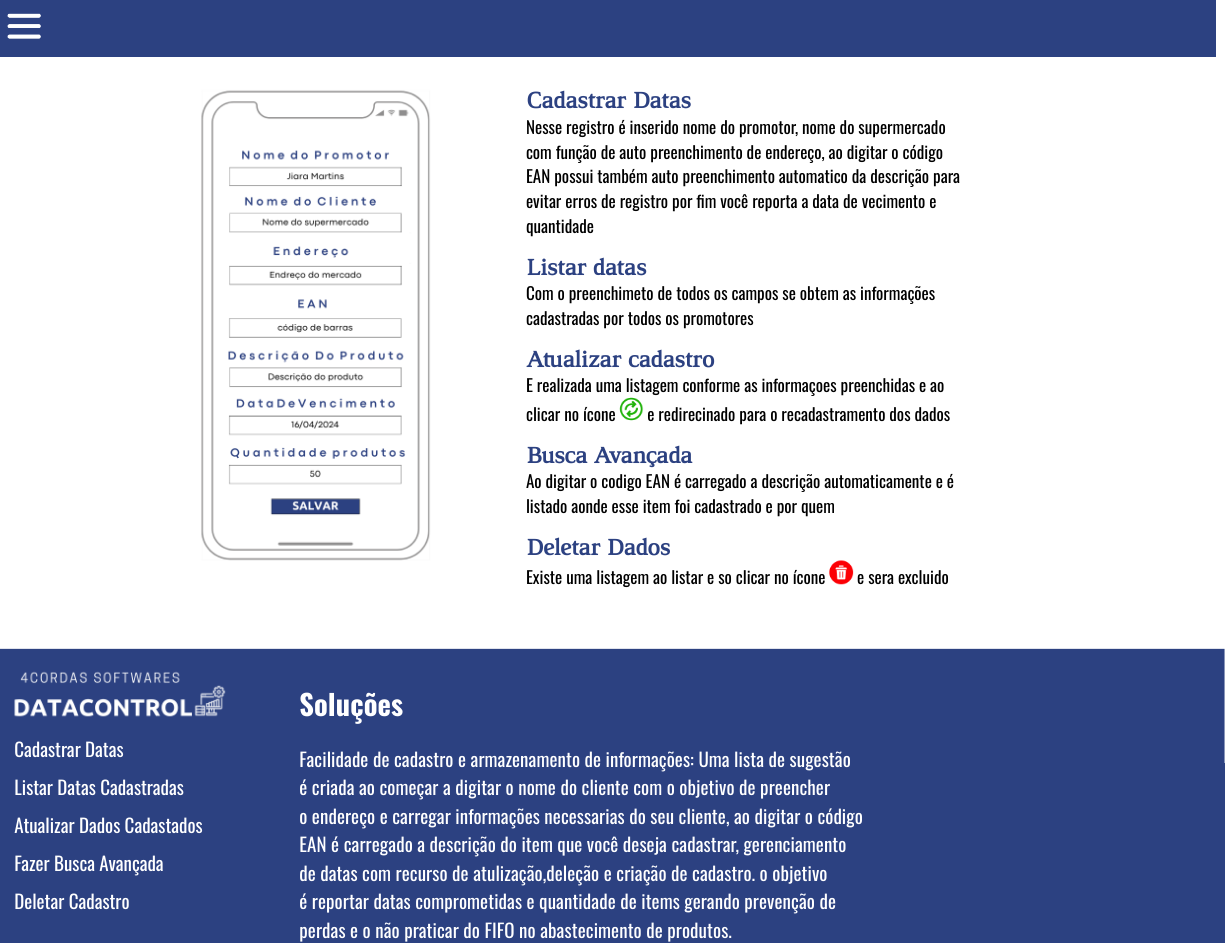
Repository: alfredo-allan/ControleDeDatasFrontEnd
Page: index.html
An editor plug-in stored every save of this project. The page is shown before and after a run of saves, followed by the edit.
The browser window is 1280 px wide. The page is 1289 px wide, so the pictures cover 1289 px, including what lies to the right of the window. The pictures show the whole page, at 95% of full size.

Above is the page before, as saved 2024-04-30 14:58:55.
Console error: TypeError: Cannot read properties of null (reading 'addEventListener')

### index.html
<!DOCTYPE html>
<html lang="pt-BR">
  <head>
    <meta charset="UTF-8" />
    <meta name="viewport" content="width=device-width, initial-scale=1.0" />
    <link rel="stylesheet" href="./style/style.css" />
    <link rel="preconnect" href="https://fonts.googleapis.com" />
    <link rel="preconnect" href="https://fonts.gstatic.com" crossorigin />
    <link
      href="https://fonts.googleapis.com/css2?family=Oswald:wght@200..700&display=swap"
      rel="stylesheet"
    />
    <title>Controle de Datas</title>
  </head>
  <body>
    <div class="header">
      <div id="menu-icon">
        <img id="icon-menu" src="./images/barra-de-menu.png" alt="" />
      </div>
      <div id="titulo">
        <!-- <h1>Controle De Datas</h1> -->
      </div>
      <div id="menu-options">
        <ul>
          <!-- <img id="usuario" src="./images/usuario-exemplo.jpg" alt="" /> -->
          <a href="pages/cadastro.html"><li>Cadastrar Datas</li></a>
          <a href="pages/listagem.html"><li>Listar Datas</li></a>
          <a href="pages/atualizar.html"><li>Atualizar Cadastro</li></a>
          <a href="pages/buscaavancada.html"><li>Busca Avançada</li></a>
          <a href="pages/deletar.html"><li>Deletar Dados</li></a>
        </ul>
      </div>
    </div>
    <img id="instrucao" src="./images/CadastrarDatas.png" alt="">
    <div class="coluna">
    <ul>
      <span>Cadastrar Datas</span>
      <li>Nesse registro é inserido nome do promotor, nome do supermercado com função de auto preenchimento de endereço, ao digitar o código EAN possui também auto preenchimento automatico da descrição para evitar erros de registro por fim você reporta a data de vecimento e quantidade</li>
      <span>Listar datas</span>
      <li>Com o preenchimeto de todos os campos se  obtem as informações cadastradas por todos os promotores</li>
      <span>Atualizar cadastro</span>
      <li>E realizada uma listagem conforme as informaçoes preenchidas e ao clicar no ícone <img src="./images/repetir.png" alt=""> e redirecinado para o recadastramento dos dados</li>
      <span>Busca Avançada</span>
      <li>Ao digitar o codigo EAN é carregado a descrição automaticamente e é listado aonde esse item foi cadastrado e por quem</li>
      <span>Deletar Dados</span>
      <li>Existe uma listagem ao listar e so clicar no ícone <img src="./images/excluir.png" alt=""> e sera excluido</li>
    </ul>
    </div>
    </div>
    <div class="footer">
      <div id="mapa" class="col-sm-6">
        <img id="tootext" src="./images/data.png" alt="" />
        <ul id="mapadosite">
          <a href="./pages/cadastro.html"><li>Cadastrar Datas</li></a>
          <a href="./pages/listagem.html"><li>Listar Datas Cadastradas</li></a>
          <a href="./pages/atualizar.html"
            ><li>Atualizar Dados Cadastados</li></a
          >
          <a href="./pages/buscaavancada.html"><li>Fazer Busca Avançada</li></a>
          <a href="./pages/deletar.html"><li>Deletar Cadastro</li></a>
        </ul>
      </div>
      <div id="solucao" class="col-sm-6">
        <span>Soluções</span>
        <p>
          Facilidade de cadastro e armazenamento de informações: Uma lista de
          sugestão <br />
          é criada ao começar a digitar o nome do cliente com o objetivo de
          preencher <br />
          o endereço e carregar informações necessarias do seu cliente, ao
          digitar o código <br />
          EAN é carregado a descrição do item que você deseja cadastrar,
          gerenciamento <br />
          de datas com recurso de atulização,deleção e criação de cadastro. o
          objetivo <br />
          é reportar datas comprometidas e quantidade de items gerando prevenção
          de <br />
          perdas e o não praticar do FIFO no abastecimento de produtos.
        </p>
      </div>
    </div>
  </body>
  <script src="./js/script.js"></script>
</html>

### style/style.css
:root {
  --cor-azul: rgb(44, 65, 129);
  --oswald-font: "Oswald", sans-serif;
  --luthier-font: "Luthier";
}

body {
  font-family: var(--oswald-font);
}

@font-face {
  font-family: "Luthier";
  src: url("../fonts/LuthierFF/Luthier-Regular.ttf") format("truetype");
  /* Adicione mais formatos (e.g. woff, woff2) conforme necessário */
}

#titulo h1 {
  font-family: var(--luthier-font);
  letter-spacing: 3px;
  font-weight: 900;
  color: white;
  margin-top: -30px;
  margin-left: 55px;
}

.column {
  display: flex;
  flex-direction: column;
  align-items: center;
  padding: 10px 20px 15px 15px;
  border: 1px solid #ccc;
  border-radius: 5px;
  width: 300px;
  margin: 0 auto;
  span {
    font-weight: 900;
    font-family: var(--luthier-font);
    letter-spacing: 3px;
    margin-bottom: 10px;
    color: var(--cor-azul);
  }
}

#logo img {
  margin-top: 200px;
  width: 250px;
  margin-left: 50px;
}

#logo {
  h1 {
    text-align: center;
    text-wrap: nowrap;
    font-size: 25px;
    font-family: var(--oswald-font);
    font-weight: 900;
    letter-spacing: 2px;
    color: var(--cor-azul);
  }
}

#form {
  margin-top: 80px;
}

input {
  margin-bottom: 5px;
  padding: 5px;
  width: 100%;
  box-sizing: border-box;
  font-weight: 600;
  margin-bottom: 10px;
}

input::placeholder {
  text-align: center;
  color: gray;
  font-family: var(--oswald-font);
  font-weight: 400;
}

input:focus {
  outline-color: var(--cor-azul); /* Altere a cor aqui */
}

.header {
  position: fixed;
  top: 0;
  left: 0;
  width: 100%;
  height: 60px;
  background-color: var(--cor-azul);
}

#icon-menu {
  width: 35px;
  margin-top: 10px;
  z-index: 1;
  margin-left: 8px;
  cursor: pointer;
}

#menu-options ul {
  list-style: none;
  padding: 0;
  margin-left: 5px;
  font-size: 20px;
  font-weight: 500;
  text-wrap: nowrap;
  font-family: var(--oswald-font);
  z-index: 999;
}

#menu-options ul li {
  padding: 10px;
  letter-spacing: 2px;
  cursor: pointer;
  z-index: 999;
}

a {
  text-decoration: none; /* Remove sublinhado */
  color: inherit; /* Mantém a cor padrão do texto */
  /* Adicione quaisquer outros estilos desejados para o link */
}

#menu-options {
  display: none;
  position: absolute;
  top: 0;
  left: 0;
  margin-top: 60px;
  width: 55%;
  height: 41vh;
  border-bottom-right-radius: 15px;
  background-color: var(--cor-azul);
  color: white;
  font-family: var(--oswald-font);
  font-weight: 900;
  z-index: 999;
}

button {
  text-align: center;
  width: 110px;
  height: 30px;
  padding: 6px 30px;
  background-color: rgba(44, 65, 129, 0.897);
  border-radius: 5px;
  color: white;
  border: none;
  border-radius: 5px;
  cursor: pointer;
  font-family: var(--oswald-font);
}

button:focus {
  outline: 2px solid var(--cor-azul);
}

.footer {
  width: 102%;
  position: relative;
  margin-top: 5%;
  margin-left: -8px;
  margin-bottom: -20px;
  background-color: var(--cor-azul);
}

.footer img {
  width: 300px;
  height: 60px;
  margin-top: 2px;
  cursor: pointer;
  margin-left: 10px;
}

#autocomplete-list-id {
  background-color: #f1f1f1;
  border: 1px solid #d4d4d4;
  color: var(--cor-azul);
  border-top: none;
  max-height: 200px;
  overflow-y: auto;
  position: absolute;
  /* z-index: 999; */
  margin-top: -10px;
  margin-left: 60px;
}

.autocomplete-items div {
  padding: 10px;
  cursor: pointer;
  background-color: #fff;
  border-bottom: 1px solid #d4d4d4;
}

.autocomplete-items div:hover {
  background-color: #e9e9e9;
}

.autocomplete-items div strong {
  font-weight: bold;
}

#data-list {
  margin: 0 auto;
  left: 50%;
  transform: translateX(-50%);
  margin: 0 auto;
  left: 50%;
  top: 60%;
  transform: translate(-50%, -50%);
  /* border: 1px solid var(--cor-azul); */
  color: var(--cor-azul);
  border-radius: 5px;
  max-height: 330px;
  overflow-y: auto;
  position: absolute;
  z-index: -1;
  margin-top: 110px;
  margin-left: 0px;
  width: 336px;
  list-style: none;
  .name {
    font-family: var(--oswald-font);
    font-weight: 900;
    font-size: 17px;
  }
  .item {
    font-family: var(--oswald-font);
    font-weight: 500;
    font-size: 15;
    color: rgb(0, 0, 0);
  }
}

/* #promotor {
  line-height: 60px;
} */

#data-list {
  /* Estilos do elemento #data-list */
  /* Defina outras propriedades conforme necessário */

  scrollbar-color: var(--cor-azul) var(--cor-azul); /* Cor da barra de rolagem e do fundo da barra */
}

#data-list::-webkit-scrollbar {
  width: 10px; /* Largura da barra de rolagem */
}

#data-list::-webkit-scrollbar-thumb {
  background-color: white; /* Cor da barra de rolagem */
  border-radius: 5px; /* Raio de borda da barra de rolagem */
}

#texto-descritivo {
  text-align: justify;
  margin-top: 200px;
  position: fixed;
  font-family: var(--luthier-font);
  letter-spacing: 3px;
  line-height: 2;
  margin-right: 8px;
  font-weight: 900;
  color: var(--cor-azul);
}

#del {
  width: 25px;
  margin: -4px;
  margin-left: 20px;
}

#atualizar {
  width: 25px;
  margin: -5px;
  margin-left: 20px;
}

.video {
  width: 100%;
  height: 100vh; /* Altura ocupando toda a tela */
}

.video video {
  position: fixed;
  top: 0;
  left: 0;
  width: 100%;
  height: 20%;
  object-fit: cover;
  margin-top: 52px;
}

.modal {
  display: none; /* Escondido por padrão */
  position: fixed;
  z-index: 1;
  left: 0;
  top: 0;
  width: 100%;
  height: 100%;
  overflow: auto;
  background-color: rgba(0, 0, 0, 0.4);
}

.modal-content {
  background-color: #fefefe;
  margin: 15% auto;
  padding: 20px;
  border: 2px solid #888;
  width: 80%;
  border-radius: 10px;
  p {
    text-align: center;
    font-family: var(--luthier-font);
    letter-spacing: 3px;
    font-weight: 600;
    color: var(--cor-azul);
  }
}

.close {
  color: #aaa;
  float: right;
  font-size: 28px;
  font-weight: bold;
}

.close:hover,
.close:focus {
  color: black;
  text-decoration: none;
  cursor: pointer;
}

#modalbtn {
  text-align: center;
}

#confirmButton {
  margin-right: 5px;
}

#tootext {
  margin-left: -40px;
  margin-top: 20px;
}

#mapadosite {
  font-family: var(--oswald-font);
  list-style: none;
  margin-top: 0px;
  line-height: 40px;
  text-align: left;
  margin-left: -25px;
  color: white;
  font-size: 20px;
}

#mapa {
  text-align: left;
}

#solucao {
  margin-top: -270px;
  margin-left: 315px;
  font-family: var(--oswald-font);
  letter-spacing: 0.1px;
  color: white;
  span {
    font-size: 30px;
    font-weight: 900;
  }
  p {
    font-size: 20px;
    text-align: left;
  }
}

@media (min-width: 310px) and (max-width: 580px) {
  #solucao {
    margin-top: -10px;
    margin-left: -200px;
    text-align: center;
  }
}

@media (min-width: 310px) and (max-width: 580px) {
  #solucao span {
    margin-left: -30px;
  }
}

@media (min-width: 310px) and (max-width: 580px) {
  #solucao p {
    font-size: 20px;
    text-align: left;
    margin-left: 215px;
  }
}

@media (min-width: 310px) and (max-width: 580px) {
  .footer {
    margin-top: 20%;
    position: absolute;
    margin-left: -8px;
    width: 100%;
    margin-bottom: 0px;
  }
}

.footer_pg {
  position: fixed;
  left: 0;
  bottom: 0;
  width: 100%;
  height: 60px;
  background-color: var(--cor-azul);
}

@media (min-width: 310px) and (max-width: 580px) {
  .footer_pg img {
    margin-left: auto;
    margin-right: auto;
    display: block;
  }
}

#instrucao {
  margin-top: 80px;
  width: 250px;
  margin-left: 200px;
}

@media (min-width: 500px) and (max-width: 1200px) {
  #instrucao {
    margin-left: 20px;
  }
}

@media (min-width: 500px) and (max-width: 1200px) {
  .coluna {
  }
}

.coluna {
  /* display: flex; */
  flex-direction: column;
  direction: ;
  /* justify-content: center; */
  margin-left: 40%;
  margin-top: -41%;
  width: 40%;
  li {
    list-style: none;
    margin-bottom: 20px;
    font-family: var(--oswald-font);
    font-size: 18px;
  }
  span {
    margin-bottom: 10;
    font-size: 25px;
    font-family: var(--luthier-font);
    font-weight: 900;
    color: var(--cor-azul);
  }

  img {
    width: 25px;
  }
}

### js/script.js
document.addEventListener("DOMContentLoaded", function () {
  carregarDados();

  document
    .getElementById("data-vencimento")
    .addEventListener("input", formatarData);

  document.getElementById("ean").addEventListener("input", function () {
    var eanSelecionado = document.getElementById("ean").value;
    preencherDescricaoPorEAN(eanSelecionado);
  });
});

function formatarData() {
  let inputData = document.getElementById("data-vencimento").value;

  let dataFormatada = inputData.replace(/^(\d{2})(\d{2})(\d{2})$/, "$1/$2/$3");

  document.getElementById("data-vencimento").value = dataFormatada;
}

function preencherDescricaoPorEAN(ean) {
  fetch("../frutap.json")
    .then((response) => response.json())
    .then((data) => {
      const mercados = data.mercados;

      for (let mercado of mercados) {
        const produto = mercado.produtos.find(
          (produto) => produto.codigoEAN === ean
        );
        if (produto) {
          document.getElementById("descricao-produto").value =
            produto.descricao;
          return; // Encerra o loop assim que encontrar o produto correspondente
        }
      }

      // Se não encontrou nenhum produto com o código EAN correspondente
      document.getElementById("descricao-produto").value =
        "Produto não encontrado";
    })
    .catch((error) => {
      console.error("Erro ao carregar os dados do arquivo JSON:", error);
    });
}

function carregarDados() {
  fetch("../frutap.json")
    .then((response) => {
      if (response.ok) {
        return response.json();
      } else {
        throw new Error("Erro ao carregar os dados");
      }
    })
    .then((data) => {
      if (data && data.mercados) {
        const mercados = data.mercados.map((mercado) => mercado.nome);
        const codigosEAN = data.mercados.map((mercado) => mercado.codigoEAN);
        const enderecos = data.mercados.map((mercado) => mercado.endereco);

        autocomplete(document.getElementById("nome-cliente"), mercados, data);
        autocomplete(document.getElementById("ean"), codigosEAN);
        autocomplete(
          document.getElementById("endereco-cliente"),
          enderecos,
          data
        );
      } else {
        console.error("Formato de dados inválido");
      }
    })
    .catch((error) => {
      console.error("Erro ao carregar os dados do arquivo JSON:", error);
    });
}
function autocomplete(inp, arr, data) {
  var currentFocus;

  inp.addEventListener("input", function (e) {
    var a,
      b,
      i,
      val = this.value;
    closeAllLists();
    if (!val) {
      return false;
    }
    currentFocus = -1;
    a = document.createElement("DIV");
    a.setAttribute("id", "autocomplete-list-id");
    a.setAttribute("class", "autocomplete-items");
    this.parentNode.appendChild(a);
    for (i = 0; i < arr.length; i++) {
      if (
        arr[i] &&
        arr[i].substr(0, val.length).toUpperCase() == val.toUpperCase()
      ) {
        b = document.createElement("DIV");
        b.innerHTML = "<strong>" + arr[i].substr(0, val.length) + "</strong>";
        b.innerHTML += arr[i].substr(val.length);
        b.innerHTML += "<input type='hidden' value='" + arr[i] + "'>";
        b.addEventListener("click", function (e) {
          inp.value = this.getElementsByTagName("input")[0].value;
          closeAllLists();
          // Preencher o campo de Endereço do mercado ao selecionar o nome do mercado
          var selectedMarket = this.getElementsByTagName("input")[0].value;
          var mercadoSelecionado = data.mercados.find(
            (mercado) => mercado.nome === selectedMarket
          );
          if (mercadoSelecionado) {
            var enderecoCompleto =
              mercadoSelecionado.endereco.rua +
              ", " +
              mercadoSelecionado.endereco.bairro +
              ", " +
              mercadoSelecionado.endereco.cidade +
              ", " +
              mercadoSelecionado.endereco.estado;
            document.getElementById("endereco-cliente").value =
              enderecoCompleto;
          }
        });
        a.appendChild(b);
      }
    }
  });

  function closeAllLists(elmnt) {
    var x = document.getElementsByClassName("autocomplete-items");
    for (var i = 0; i < x.length; i++) {
      if (elmnt != x[i] && elmnt != inp) {
        x[i].parentNode.removeChild(x[i]);
      }
    }
  }

  document.addEventListener("click", function (e) {
    closeAllLists(e.target);
  });
}

const menuIcon = document.getElementById("menu-icon");
const menuOptions = document.getElementById("menu-options");

menuIcon.addEventListener("click", function () {
  if (menuOptions.style.display === "none") {
    menuOptions.style.display = "block";
  } else {
    menuOptions.style.display = "none";
  }
});

document.getElementById("btn-salvar").addEventListener("click", function () {
  const nomePromotor = document.getElementById("nome-promotor").value;
  const nomeCliente = document.getElementById("nome-cliente").value;
  const enderecoCliente = document.getElementById("endereco-cliente").value;
  const ean = document.getElementById("ean").value;
  const descricaoProduto = document.getElementById("descricao-produto").value;
  const dataVencimento = document.getElementById("data-vencimento").value;
  const quantidadeProdutos = document.getElementById(
    "quantidade-produtos"
  ).value;

  fetch("https://v1controledatas.pythonanywhere.com/salvar-dados", {
    method: "POST",
    headers: {
      "Content-Type": "application/json",
    },
    body: JSON.stringify({
      nomePromotor: nomePromotor,
      nomeCliente: nomeCliente,
      enderecoCliente: enderecoCliente,
      ean: ean,
      descricaoProduto: descricaoProduto,
      dataVencimento: dataVencimento,
      quantidadeProdutos: quantidadeProdutos,
    }),
  })
    .then((response) => {
      if (response.ok) {
        // alert("Dados salvos com sucesso!");
      } else {
        throw new Error("Erro ao salvar os dados");
      }
    })
    .catch((error) => {
      console.error("Erro ao salvar os dados:", error);
    });
});

// Selecionando o botão de fechar e o modal

Loaded but not shown: frutap.json (455 lines, source omitted)

After the next 2 saves:
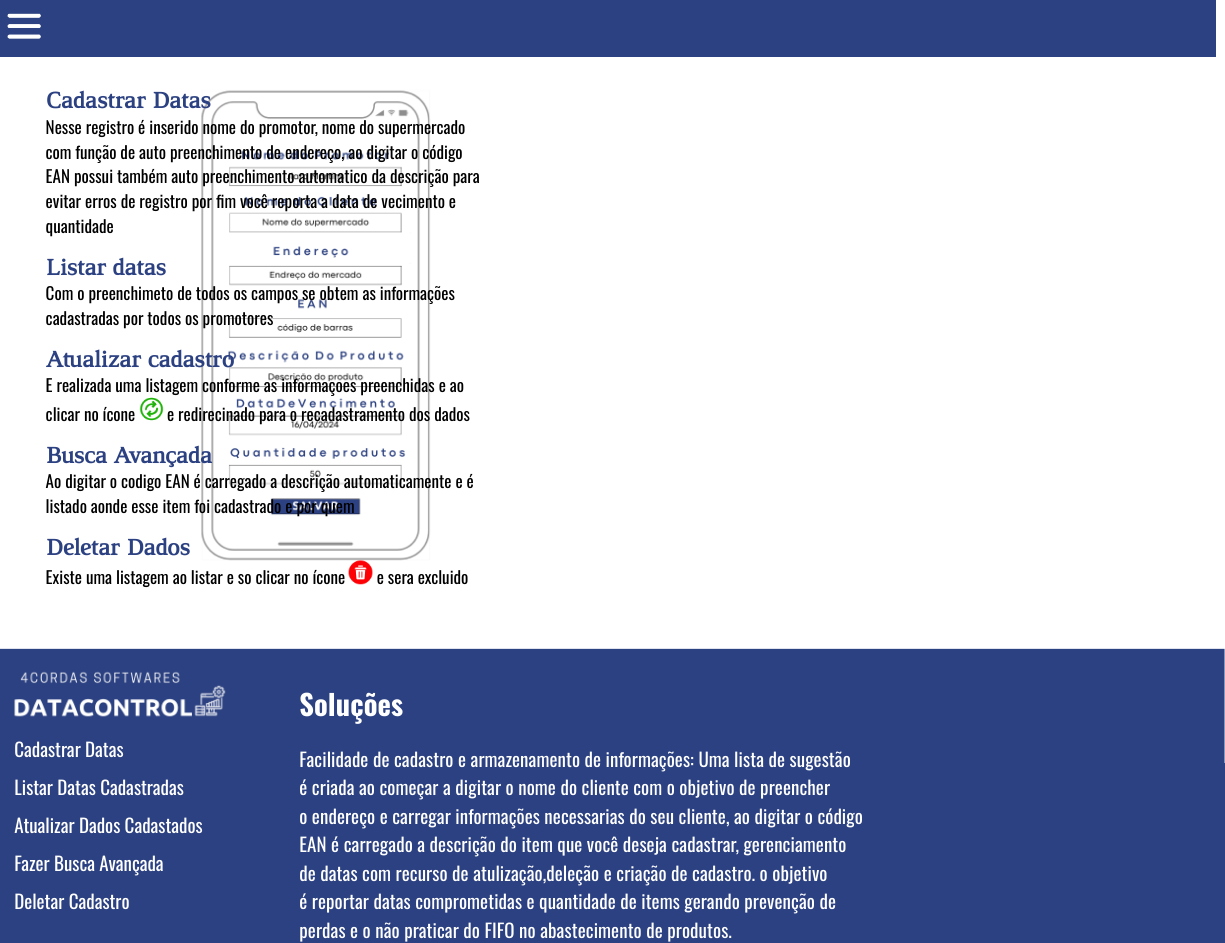
The 2 saves are shown as one change because they came seconds apart.
The last was saved 9 s later.
--- a/style/style.css
+++ b/style/style.css
@@ -449,9 +449,9 @@ button:focus {
 .coluna {
   /* display: flex; */
   flex-direction: column;
-  direction: ;
+  direction: ltr;
   /* justify-content: center; */
-  margin-left: 40%;
+  /* margin-left: 40%; */
   margin-top: -41%;
   width: 40%;
   li {
